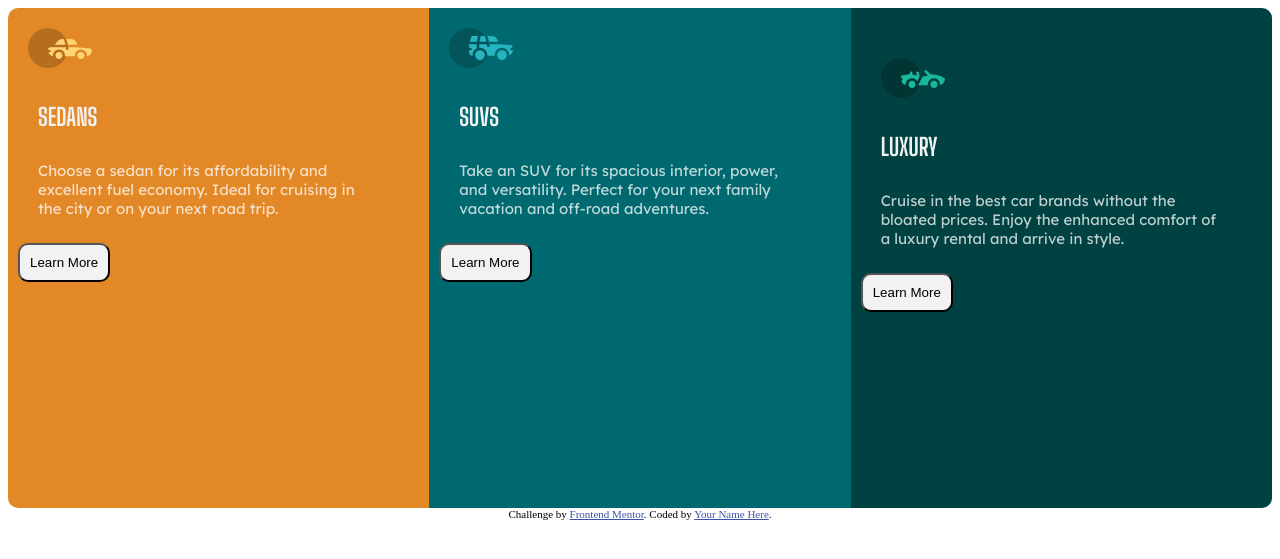
Repository: viniciussnt/3-column-preview-card
Page: index.html
These files come from the project's save history. The page is drawn as it stood at one moment and after a run of saves; the edit follows.
The browser window is 1280 px wide. The pictures show the whole page.

Above is the page before, as saved 2023-09-15 11:29:34.

### index.html
<!DOCTYPE html>
<html lang="pt-br">

<head>
  <meta charset="UTF-8">
  <meta name="viewport" content="width=device-width, initial-scale=1.0">
  <link rel="icon" type="image/png" sizes="32x32" href="./images/favicon-32x32.png">
  <link rel="stylesheet" href="./styles/style.css">

  <link rel="preconnect" href="https://fonts.googleapis.com">
  <link rel="preconnect" href="https://fonts.gstatic.com" crossorigin>
  <link href="https://fonts.googleapis.com/css2?family=Big+Shoulders+Display:wght@700&family=Lexend+Deca&display=swap"
    rel="stylesheet">

  <title>Frontend Mentor | 3-column preview card component</title>

  <!-- Feel free to remove these styles or customise in your own stylesheet 👍 -->
  <style>
    .attribution {
      font-size: 11px;
      text-align: center;
    }

    .attribution a {
      color: hsl(228, 45%, 44%);
    }
  </style>
</head>

<body>
  <div class="container">
    <article class="card-info">
      <section class="sedans">
        <div class="img-box">
          <img src="./images/icon-sedans.svg" />
        </div>
        <h1>SEDANS</h1>
        <p>Choose a sedan for its affordability and excellent fuel economy. Ideal for cruising in the city
          or on your next road trip.</p>

        <button class="btn-sedans">Learn More</button>
      </section>

      <section class="suvs">
        <div class="img-box">
          <img src="./images/icon-suvs.svg" />
        </div>
        <h1>SUVS</h1>
        <p>Take an SUV for its spacious interior, power, and versatility. Perfect for your next family vacation
          and off-road adventures.</p>

        <button class="btn-suv">Learn More</button>
      </section>

      <section class="luxury">
        <div class="img-box">
          <img src="./images/icon-luxury.svg" />
        </div>
        <h1>LUXURY</h1>
        <p>Cruise in the best car brands without the bloated prices. Enjoy the enhanced comfort of a luxury
          rental and arrive in style.</p>

        <button class="btn-luxury">Learn More</button>
      </section>
    </article>
  </div>

  <div class="attribution">
    Challenge by <a href="https://www.frontendmentor.io?ref=challenge" target="_blank">Frontend Mentor</a>.
    Coded by <a href="#">Your Name Here</a>.
  </div>
</body>

</html>

### styles/style.css
:root {
    --color-sedan: rgb(227, 136, 38);
    --color-suv: rgb(0, 105, 112);
    --color-luxury: rgb(0, 66, 65);

    --color-primary: rgba(255, 255, 255, 0.75);
    --color-secondary: rgb(242, 242, 242);
}

@import url('https://fonts.googleapis.com/css2?family=Big+Shoulders+Display:wght@700&family=Lexend+Deca&display=swap');

.container {
    background-color: #fff;
}

article {
    display: flex;
}

section {
    flex-direction: row;
    width: 500px;
    height: 500px;
}

.sedans {
    background-color: var(--color-sedan);
    border-radius: 10px 0px 0px 10px;
}

.sedans .img-box {
    margin-top: 20px;
    margin-left: 20px;

}

.suvs {
    background-color: var(--color-suv);
}

.suvs .img-box {
    margin-top: 20px;
    margin-left: 20px;

}

.luxury {
    background-color: var(--color-luxury);
    border-radius: 0px 10px 10px 0px;
}

.luxury .img-box {
    margin-top: 50px;
    margin-left: 30px;

}

h1 {
    font-family: 'Big Shoulders Display', cursive;
    font-size: 1.5rem;
    color: var(--color-secondary);

    margin-top: 30px;
    margin-left: 30px;
}

p {
    font-family: 'Lexend Deca', sans-serif;
    font-size: 15px;
    color: var(--color-primary);

    margin-top: 30px;
    margin-left: 30px;

    width: 80%;
}

button {
    background-color: var(--color-secondary);
    border-radius: 10px;

    margin: 10px;
    padding: 10px;
}

After the next 2 saves:
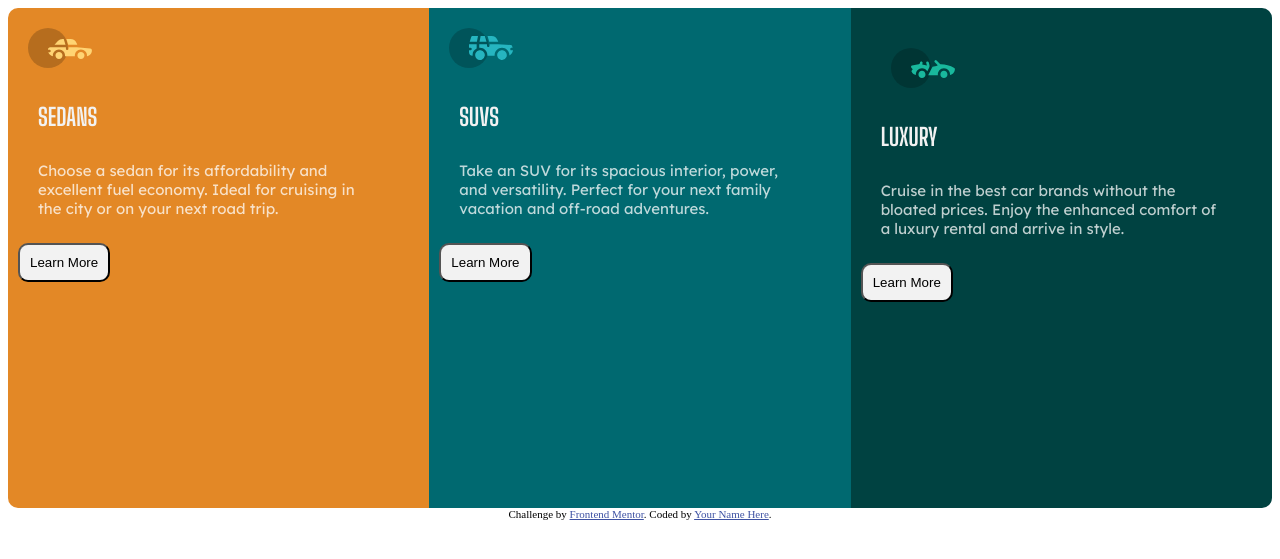
The 2 saves are shown as one change because they came seconds apart.
The last was saved 19 s later.
--- a/styles/style.css
+++ b/styles/style.css
@@ -50,8 +50,8 @@
 }
 
 .luxury .img-box {
-    margin-top: 50px;
-    margin-left: 30px;
+    margin-top: 40px;
+    margin-left: 40px;
 
 }
 
